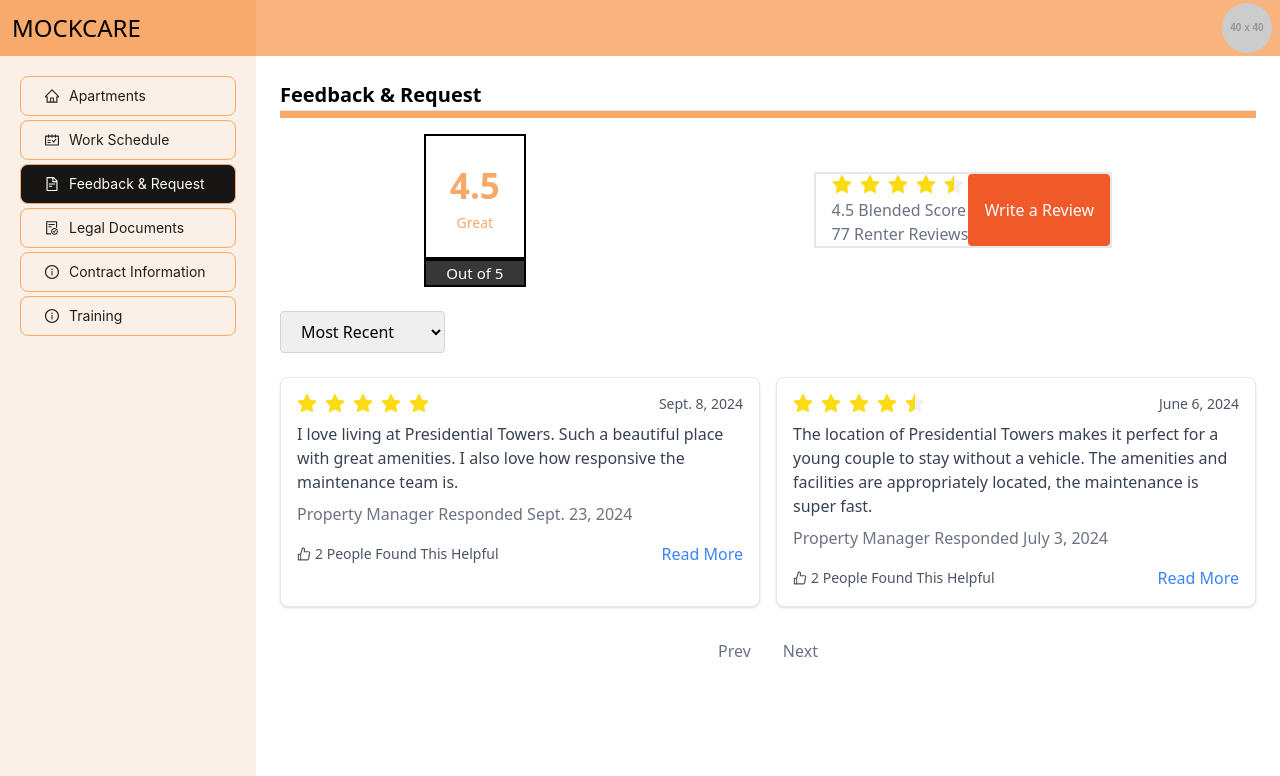
Repository: dunh-real/MockProject_102024_Nhom4
Page: / (app in frontend/)
The author's editor kept a copy of each file at every save. The page is drawn from the files as they stood at one save, then again after the next save.
The browser window is 1280 px wide. The pictures show the whole page.
The project was rebuilt for these pictures with package versions that can differ from the ones it lists, and the page was loaded fresh each time. Also part of the build but not shown: frontend/vite.config.js, frontend/vite.config.ts, frontend/src/App.css, frontend/src/component/ReviewModal.tsx.

Above is the page before, as saved 2024-10-09 13:13:24.

### frontend/src/App.tsx

import './App.css'
import ReviewList from './pages/Feedback&Request/Feedback&Request'
// import LoginForm from './pages/Login/Login'

function App() {


  return (
    <>
      {/* <LoginForm/> */}
      <ReviewList/>
    </>
  )
}

export default App

### frontend/src/pages/Feedback&Request/Feedback&Request.tsx
import React, { useState } from 'react';
import { Rate } from 'antd'; // Dùng Antd cho Rate, có thể thay thế bằng biểu tượng của Tailwind nếu cần
import { LikeOutlined } from '@ant-design/icons';
import ReviewModal from '../../component/ReviewModal';
import Sidebar from '../../component/Sidebar';

interface Review {
    date: string;
    rating: number;
    text: string;
    managerResponse: string;
    helpfulCount: number;
}

const reviews: Review[] = [
    {
        date: 'Sept. 8, 2024',
        rating: 5,
        text: 'I love living at Presidential Towers. Such a beautiful place with great amenities. I also love how responsive the maintenance team is.',
        managerResponse: 'Property Manager Responded Sept. 23, 2024',
        helpfulCount: 2,
    },
    {
        date: 'June 6, 2024',
        rating: 4.5,
        text: 'The location of Presidential Towers makes it perfect for a young couple to stay without a vehicle. The amenities and facilities are appropriately located, the maintenance is super fast.',
        managerResponse: 'Property Manager Responded July 3, 2024',
        helpfulCount: 2,
    },
];

const ReviewList: React.FC = () => {
    const [showModal, setShowModal] = useState<boolean>(false);
    const [page, setPage] = useState<number>(1);

    const handlePageChange = (page: number) => {
        setPage(page);
    };

    const handleSortChange = (value: string) => {
        console.log(`Sort by: ${value}`);
    };

    return (
        <div className=" min-h-screen  bg-gray-50">
            <div className='flex  bg-[#f8a769d9]  justify-between items-center'>
                <div className=' bg-[#f8a769d9] p-3 w-1/5'>
                    <h1 className='text-2xl'>MOCKCARE</h1>
                </div>
                <div className="flex  justify-end">
                    <img
                        src="https://via.placeholder.com/40"
                        alt="Avatar"
                        className="rounded-full w-[50px] h-[50px] mr-2"
                    />
                </div>
            </div>
            <div className="flex">
                <Sidebar />
                <div className="w-4/5 p-6 bg-white">
                    <div className='mb-4'>
                        <h2 className='text-[20px] font-bold'>Feedback & Request</h2>
                        <hr className='h-[8px] bg-[#F8A869]' />
                    </div>
                    <div className="flex justify-around items-center mb-6">
                        <div className="flex flex-col   items-center">
                            <div className=" text-center text-[#F8A869] border-black border-2  p-6 ">
                                <div className=''>
                                    <p className="text-[35px] font-bold">4.5</p>
                                    <p className="text-sm text-[27px]">Great</p>
                                </div>

                            </div>
                            <div className="text-xs w-full border-black border-2 bg-[#000000c8]">
                                <p className='text-white p-1 text-[15px] text-center'>Out of 5</p>
                            </div>
                        </div>
                        <div className='border-2  flex g justify-around'>
                            <div className="ml-4 ">
                                <Rate allowHalf defaultValue={4.5} disabled />
                                <div className="text-gray-500">4.5 Blended Score</div>
                                <div className="text-gray-500">77 Renter Reviews</div>
                            </div>
                            <button
                                onClick={() => setShowModal(true)}
                                className="bg-[#f05a28] text-white px-4 py-2 rounded hover:bg-[#f25f30]"
                            >
                                Write a Review
                            </button>
                        </div>
                    </div>
                    <div className="mb-6 flex justify-between">
                        <select
                            onChange={(e) => handleSortChange(e.target.value)}
                            className="border border-gray-300 rounded px-4 py-2"
                        >
                            <option value="recent">Most Recent</option>
                            <option value="highest">Highest Rating</option>
                            <option value="lowest">Lowest Rating</option>
                        </select>
                    </div>
                    <div className="grid grid-cols-1 md:grid-cols-2 gap-4">
                        {reviews.slice((page - 1) * 2, page * 2).map((review, index) => (
                            <div key={index} className="p-4 border border-gray-200 rounded-lg bg-white shadow">
                                <div className="flex justify-between items-center mb-2">
                                    <Rate allowHalf defaultValue={review.rating} disabled />
                                    <span className="text-sm text-gray-600">{review.date}</span>
                                </div>
                                <p className="text-gray-700">{review.text}</p>
                                <p className="text-gray-500 mt-2">{review.managerResponse}</p>
                                <div className="flex justify-between items-center mt-4">
                                    <div className="flex items-center text-sm text-gray-600">
                                        <LikeOutlined className="mr-1" />
                                        {review.helpfulCount} People Found This Helpful
                                    </div>
                                    <button className="text-blue-500">Read More</button>
                                </div>
                            </div>
                        ))}
                    </div>
                    <div className="flex justify-center mt-6">
                        <button
                            onClick={() => handlePageChange(page - 1)}
                            className="px-4 py-2 text-gray-500"
                            disabled={page === 1}
                        >
                            Prev
                        </button>
                        <button
                            onClick={() => handlePageChange(page + 1)}
                            className="px-4 py-2 text-gray-500"
                        >
                            Next
                        </button>
                    </div>
                </div>
            </div>
            {showModal && <ReviewModal setShowModal={setShowModal} />}
        </div>
    );
};

export default ReviewList;

### frontend/src/component/Sidebar.tsx
import { Menu } from 'antd';
import { HomeOutlined, ScheduleOutlined, FileTextOutlined, FileDoneOutlined, InfoCircleOutlined } from '@ant-design/icons';

const Sidebar = () => {
  return (
    <div style={{ width: '20%', minHeight: '100vh', backgroundColor: '#FAF0E8', padding: '1rem' }}>
      <Menu
        defaultSelectedKeys={['feedback']}
        mode="inline"
        style={{ backgroundColor: '#FAF0E8', borderRight: 0 }}
      >
        <Menu.Item
          key="apartments"
          icon={<HomeOutlined />}
          style={{
            padding: '12px 24px',
            border:1, borderStyle:'solid', borderColor:'#F8A869'
          }}
        >
          Apartments
        </Menu.Item>
        <Menu.Item
          key="schedule"
          icon={<ScheduleOutlined />}
          style={{
            padding: '12px 24px',
            border:1, borderStyle:'solid', borderColor:'#F8A869'
          }}
        >
          Work Schedule
        </Menu.Item>
        <Menu.Item
          key="feedback"
          icon={<FileTextOutlined />}
          style={{
            backgroundColor: '#171615',
            color: 'white',
            padding: '12px 24px',
            border:1, borderStyle:'solid', borderColor:'#F8A869'
          }}
        >
          Feedback & Request
        </Menu.Item>
        <Menu.Item
          key="legal"
          icon={<FileDoneOutlined />}
          style={{
            padding: '12px 24px',
            border:1, borderStyle:'solid', borderColor:'#F8A869'
          }}
        >
          Legal Documents
        </Menu.Item>
        <Menu.Item
          key="contract"
          icon={<InfoCircleOutlined />}
          style={{
            padding: '12px 24px',
            border:1, borderStyle:'solid', borderColor:'#F8A869'
          }}
        >
          Contract Information
        </Menu.Item>
        <Menu.Item
          key="training"
          icon={<InfoCircleOutlined />}
          style={{
            padding: '12px 24px',
            border: 1, borderStyle: 'solid', borderColor: '#F8A869'
          }}
        >
          Training
        </Menu.Item>
      </Menu>
    </div>
  );
};

export default Sidebar;

Loaded but not shown: frontend/index.html (common file); frontend/src/main.jsx (common file); frontend/src/index.css (common file); frontend/tailwind.config.js (common file)

After the next save:
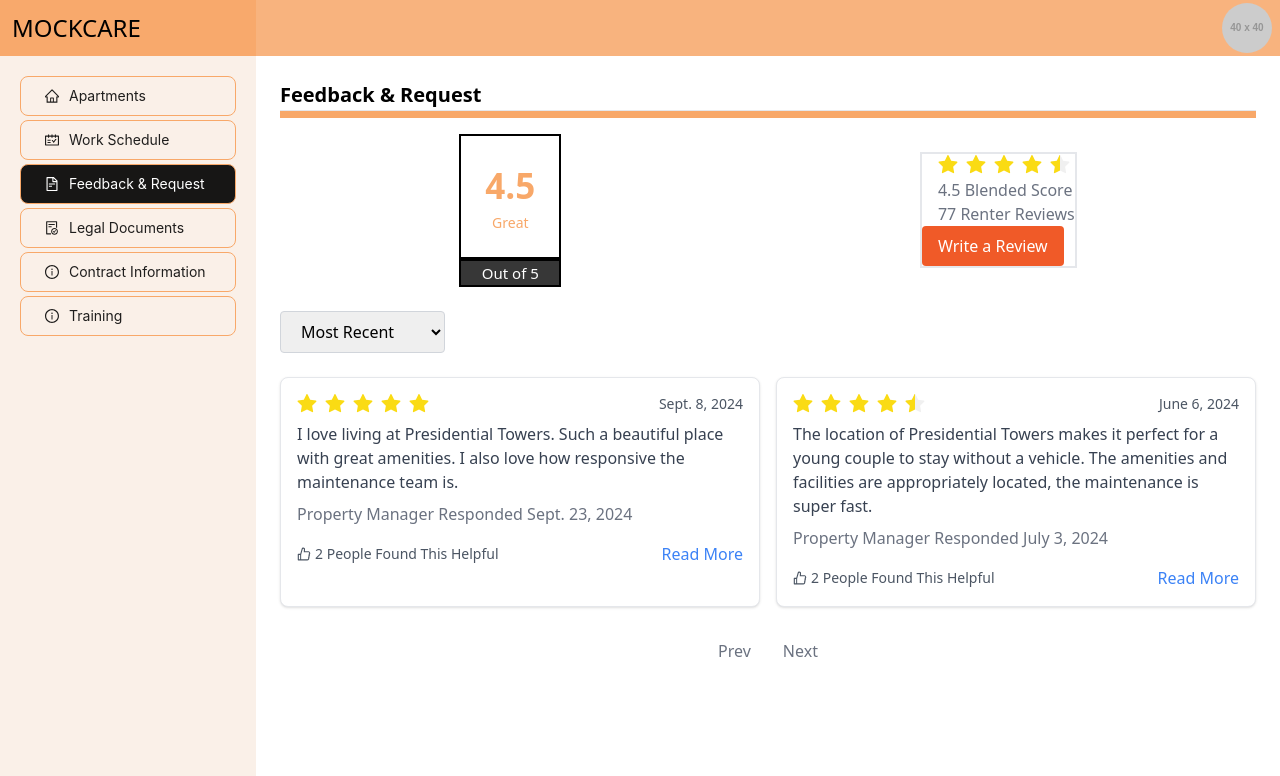
Saved 37 s later.
--- a/frontend/src/pages/Feedback&Request/Feedback&Request.tsx
+++ b/frontend/src/pages/Feedback&Request/Feedback&Request.tsx
@@ -75,7 +75,7 @@
                                 <p className='text-white p-1 text-[15px] text-center'>Out of 5</p>
                             </div>
                         </div>
-                        <div className='border-2  flex g justify-around'>
+                        <div className='border-2  max-xl:m-2.5 justify-around'>
                             <div className="ml-4 ">
                                 <Rate allowHalf defaultValue={4.5} disabled />
                                 <div className="text-gray-500">4.5 Blended Score</div>

After the save that followed:
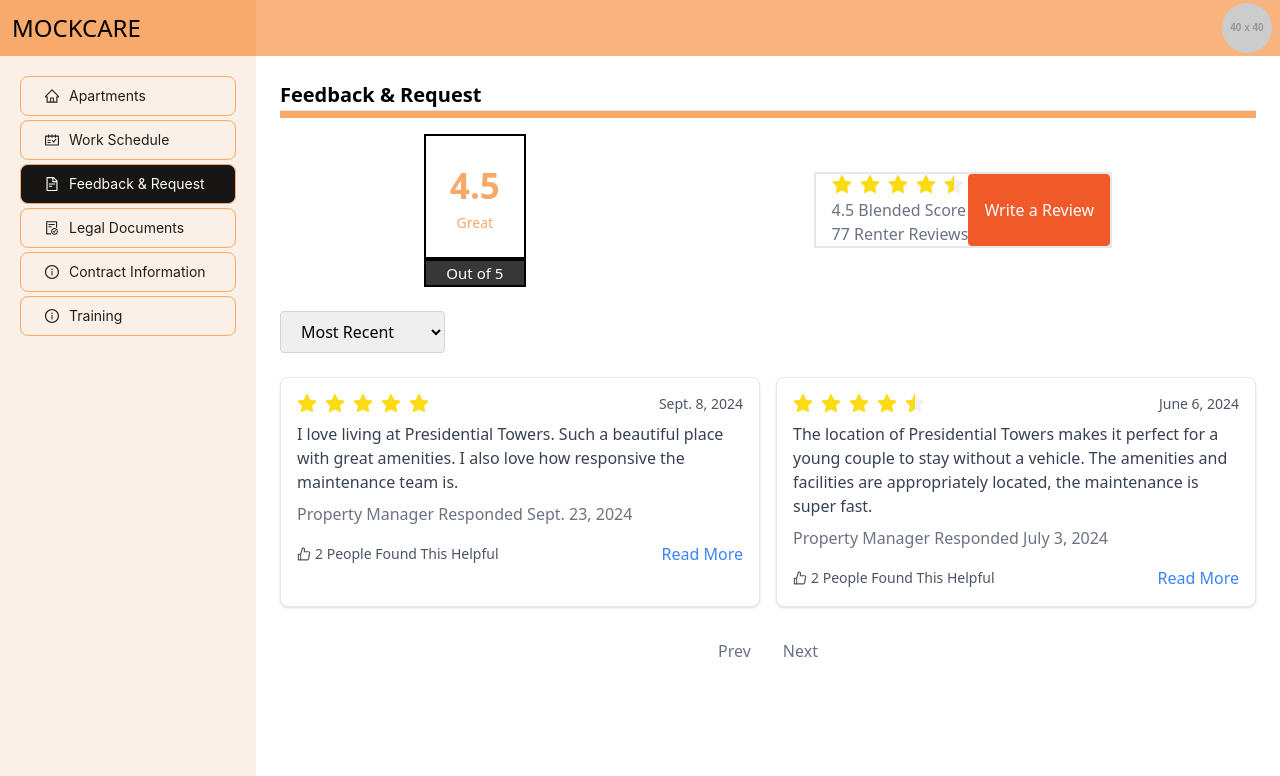
Saved 7 s later.
--- a/frontend/src/pages/Feedback&Request/Feedback&Request.tsx
+++ b/frontend/src/pages/Feedback&Request/Feedback&Request.tsx
@@ -75,7 +75,7 @@
                                 <p className='text-white p-1 text-[15px] text-center'>Out of 5</p>
                             </div>
                         </div>
-                        <div className='border-2  max-xl:m-2.5 justify-around'>
+                        <div className='border-2  flex justify-around'>
                             <div className="ml-4 ">
                                 <Rate allowHalf defaultValue={4.5} disabled />
                                 <div className="text-gray-500">4.5 Blended Score</div>
